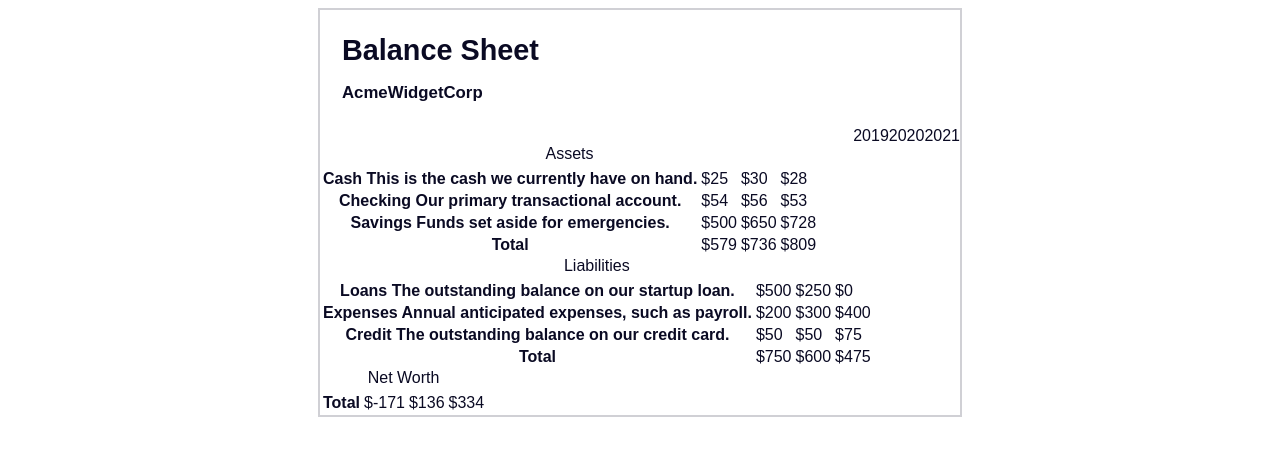
Repository: cipdanila/freeCodeCamp
Page: BalanceSheet/index.html
An editor plug-in stored every save of this project. The page is shown before and after the next save, followed by the edit.
The browser window is 1280 px wide. The pictures show the whole page.

Above is the page before, as saved 2023-10-19 18:32:21.

After the next save:
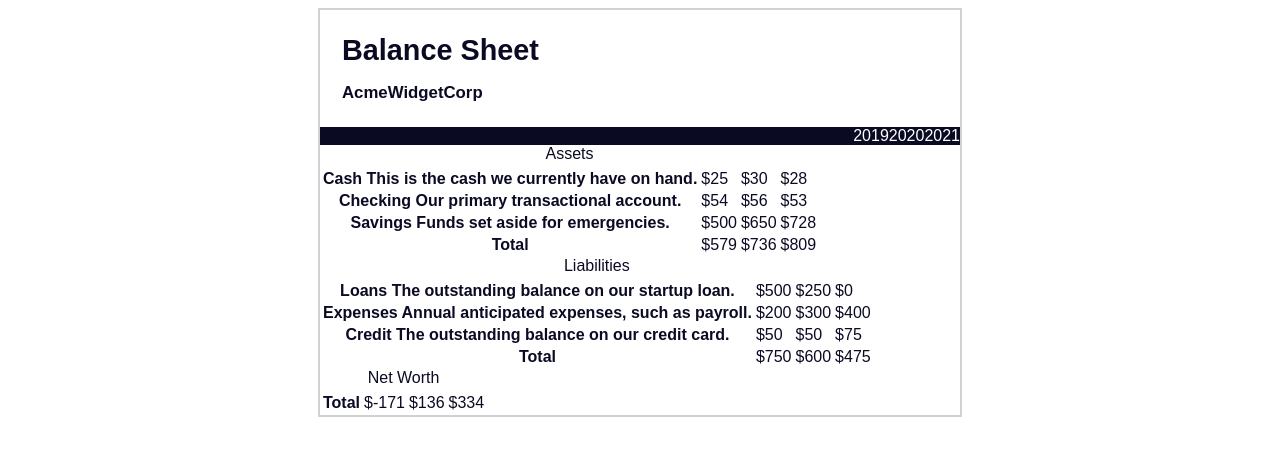
Saved 2 min 3 s later.
--- a/BalanceSheet/styles.css
+++ b/BalanceSheet/styles.css
@@ -52,4 +52,6 @@ section {
     justify-content: flex-end;
     position: sticky;
     top: 0;
+    color: #fff;
+    background-color: #0a0a23;
 }
